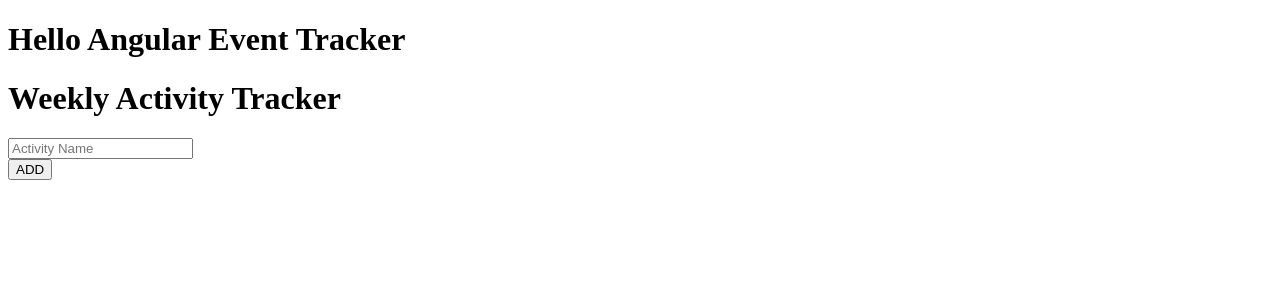
Repository: jenveigel/EventTracker
Page: MVCProject/WebContent/index.html
An editor plug-in stored every save of this project. The page is shown before and after the next save, followed by the edit.
The browser window is 1280 px wide. The pictures show the whole page.
The page's requests for data from a server got no answer. Some web libraries are served in a nearby version.

Above is the page before, as saved 2018-01-08 03:48:08.

After the next save:
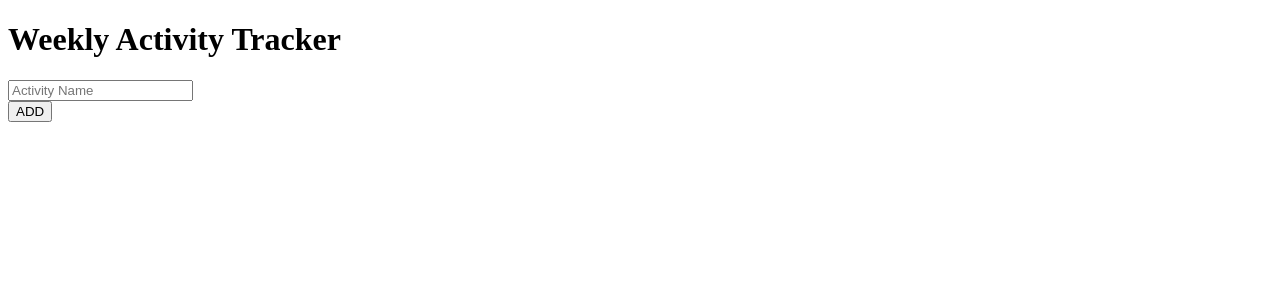
Saved 63 s later.
--- a/MVCProject/WebContent/index.html
+++ b/MVCProject/WebContent/index.html
@@ -11,7 +11,7 @@
   </head>
   <body>
 
-    <h1>{{ 'Hello Angular Event Tracker' }}</h1>
+    <!-- <h1>{{ 'Hello Angular Event Tracker' }}</h1> -->
 
     <activity-list>Loading...</activity-list>
 
